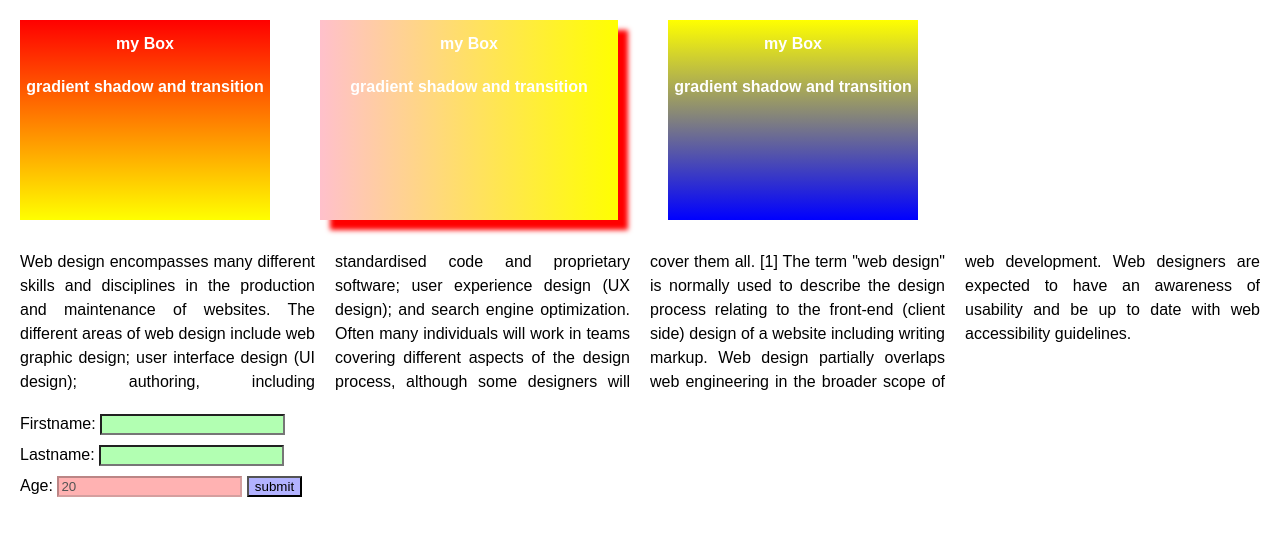
Repository: nuwat-wa/Lab_Ass_WebDesign
Page: HW04-2_IT_Sec1/lab4-2.html
The author's editor kept a copy of each file at every save. The page is drawn from the files as they stood at one save, then again after the next save.
The browser window is 1280 px wide. The pictures show the whole page.
The pointer rests on the first visible `.box2`.

Above is the page before, as saved 2026-10-20 23:36:36.

After the next save:
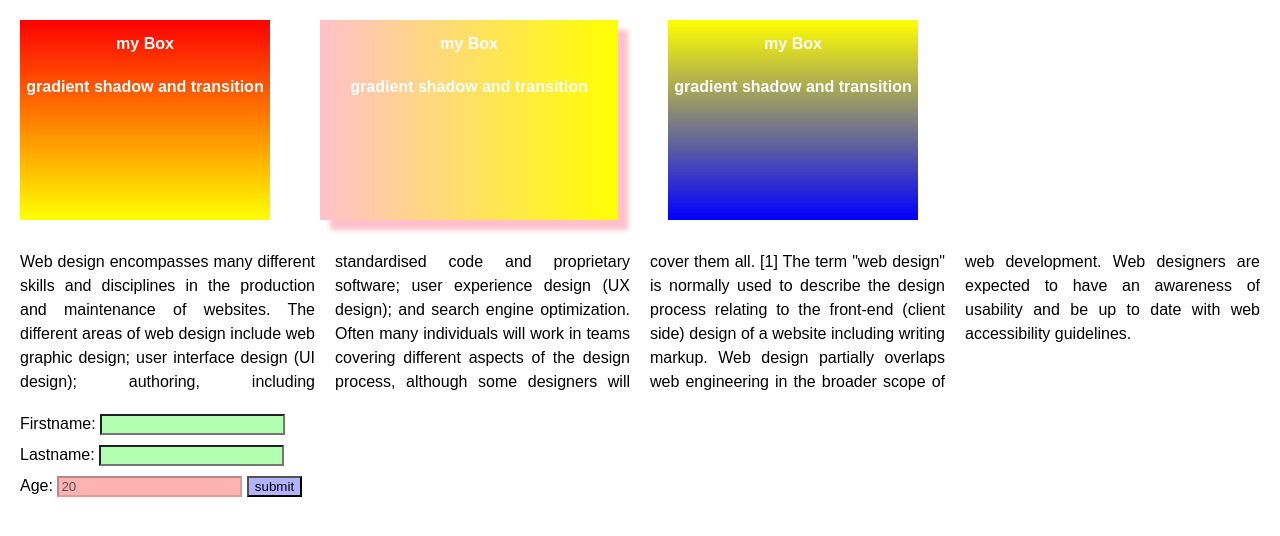
Saved 7 s later.
--- a/HW04-2_IT_Sec1/lab4-2.html
+++ b/HW04-2_IT_Sec1/lab4-2.html
@@ -58,7 +58,7 @@
       }
 
        .box2:hover{
-        box-shadow: 10px 10px 5px red;
+        box-shadow: 10px 10px 5px pink;
       }
 
       .box3 {
